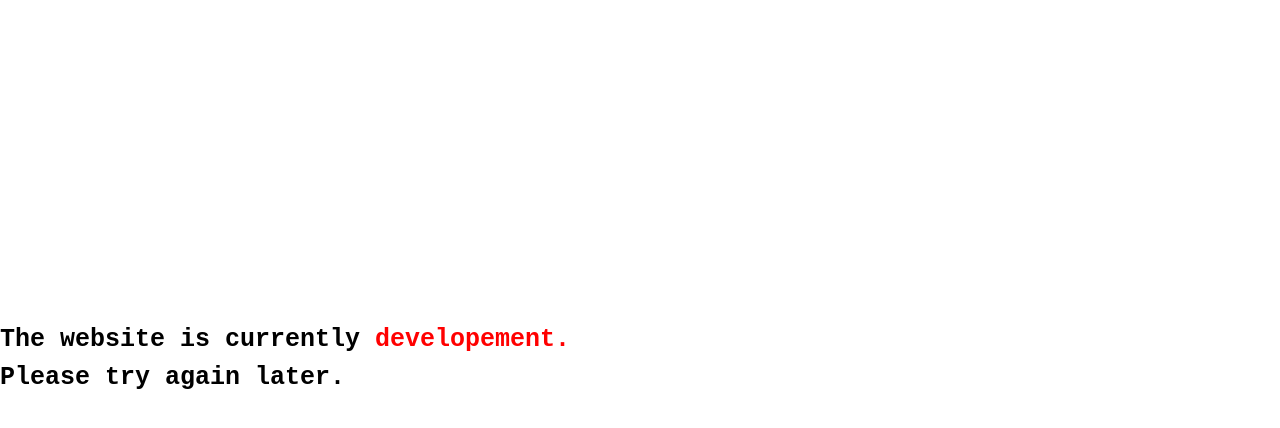
Repository: ShadowFightVideos/sfvids.github.io
Page: index.html
These files come from the project's save history. The page is drawn as it stood at one moment and after the next save; the edit follows.
The browser window is 1280 px wide. The pictures show the whole page.

Above is the page before, as saved 2024-03-13 11:37:53.

### index.html
<!DOCTYPE html>
<html lang="en">
<head>
    <meta charset="UTF-8">
    <meta name="viewport" content="width=device-width, initial-scale=1.0">
    <title>In developement - Shadow Fight Videos</title>
    <link rel="stylesheet" href="system.css">
</head>
<body>

<div class="maintenanceContainer">
    The website is currently <span>developement.</span><br>
    Please try again later.
        <div class="maintenanceClock">

        </div>
</div>


<script src="system.js"></script>

</body>
</html>

### system.css
* {
    margin: 0;
    padding: 0;
}

/* Maintenance container */

.maintenanceContainer {
    margin-top: 8.5cm;
    line-height: 1cm;
    font-size: 25px;
    font-weight: bolder;
    font-family: 'Courier New', Courier, monospace;
}

.maintenanceContainer span {
    color: red;
}

Loaded but not shown: system.js (no stored copy; drawn as an empty file)

After the next save:
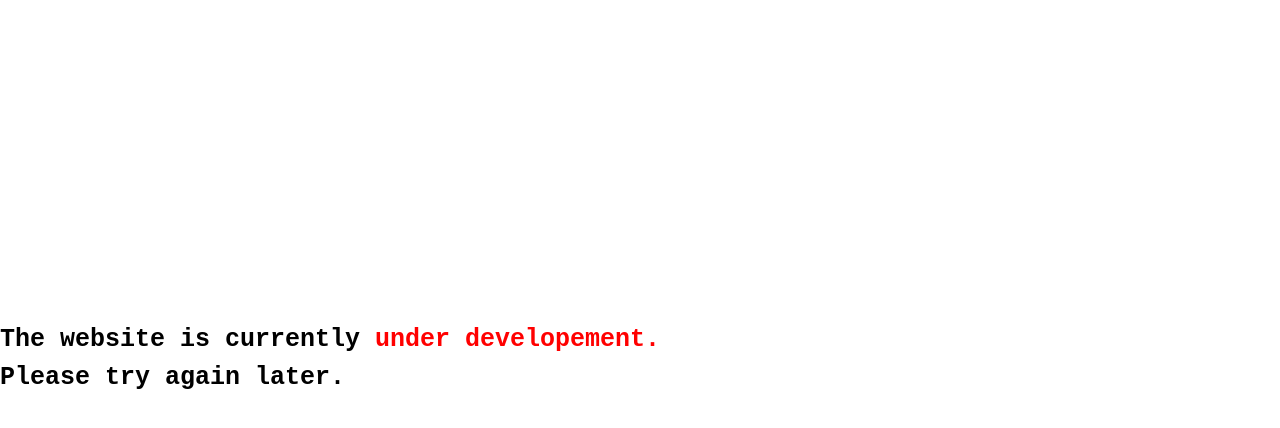
Saved 4 s later.
--- a/index.html
+++ b/index.html
@@ -9,7 +9,7 @@
 <body>
 
 <div class="maintenanceContainer">
-    The website is currently <span>developement.</span><br>
+    The website is currently <span>under developement.</span><br>
     Please try again later.
         <div class="maintenanceClock">
 
